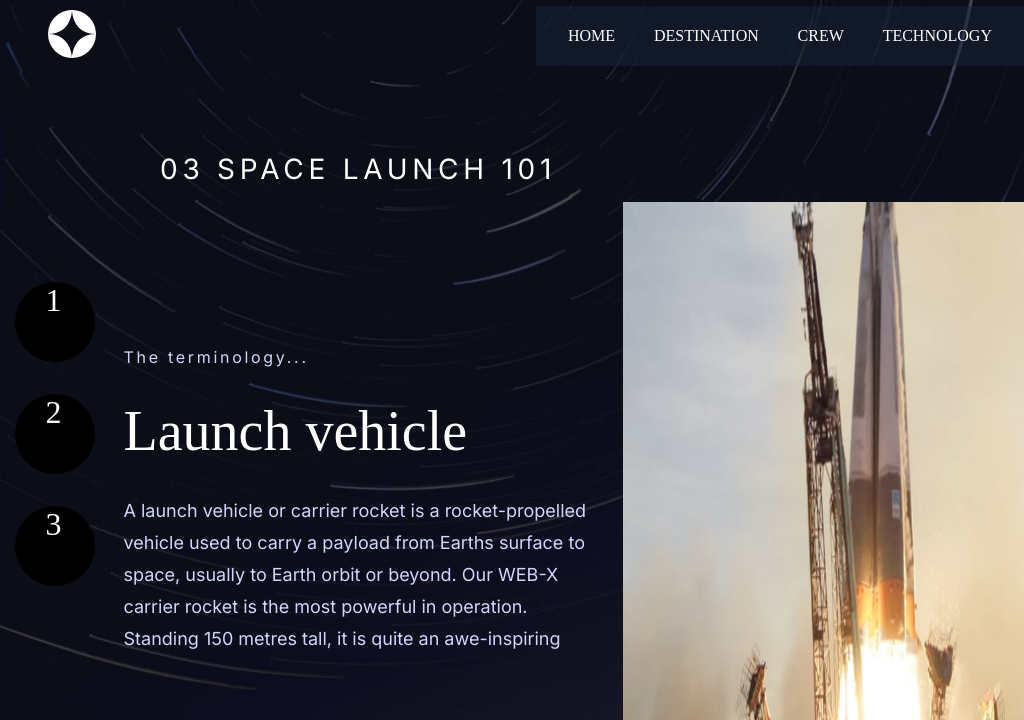
Repository: nilesjamex/space
Page: /Technology
These files come from the project's save history. The page is drawn as it stood at one moment and after the next save; the edit follows.
The browser window is 1024 px wide. The pictures show the whole page.
Some web fonts or font styles are not loaded; a fallback is used. The project was rebuilt for these pictures with package versions that can differ from the ones it lists, and the page was loaded fresh each time. The framework's server and built-in components were replaced by stand-ins that run in the browser. Also part of the build but not shown: next.config.js.

Above is the page before, as saved 2022-01-08 23:24:32.

### pages/_document.js
import Document, { Html, Head, Main, NextScript } from 'next/document'

class MyDocument extends Document {
  render() {
    return (
      <Html>
        <Head>
          <link rel="preconnect" href="https://fonts.googleapis.com" />
<link rel="preconnect" href="https://fonts.gstatic.com" crossOrigin />
<link href="https://fonts.googleapis.com/css2?family=Bellefair&display=swap" rel="stylesheet" />
        <link rel="preconnect" href="https://fonts.googleapis.com" />
<link rel="preconnect" href="https://fonts.gstatic.com" crossOrigin />
<link href="https://fonts.googleapis.com/css2?family=Barlow+Condensed:ital,wght@0,100;0,300;0,400;1,100&family=Inter&display=swap" rel="stylesheet" />
        </Head>
        <body>
          <Main />
          <NextScript />
        </body>
      </Html>
    )
  }
}

export default MyDocument

### pages/Technology.js
import React from 'react'
import Home from '../Components/Technology/Home/home';



const Technology = () => {
    return (
        <div>
            <Home />
        </div>
    )
}

export default Technology

### styles/globals.css
a {
  color: inherit;
  text-decoration: none;
}

*{
  margin: 0;
  padding: 0;
  box-sizing: border-box;
  max-width: 100%;
  max-height: 100vh;
  overflow-y: hidden;
}

li {
  list-style: none;
  cursor: pointer;
}

### Components/Technology/Home/home.js
import React from 'react';
import styles from './home.module.css'
import Nav from './../../../Layout/Nav';
import { Image } from 'next/image';
import Tech from './../Tech1/Tech';

export const Home = () => {
    return (
        <div className={styles.home}>
        <div>
         <Nav/>
        </div>
        <div>
        <div>
           <h3 className={styles.hometext}> 03 Space launch 101</h3>
        </div>
        </div>
        <div>
        <Tech />
        </div>
        </div>
    )
}
export default Home

### Components/Technology/Home/home.module.css
.home {
    background: url(../../../public/assets/technology/background-technology-desktop.jpg);
    background-size: cover;
    height: 100vh;
}
.hometext {
    font-family: 'Barlow Condensed', sans-serif;
    font-family: 'Inter', sans-serif;
    font-style: normal;
    font-weight: normal;
    font-size: 28px;
    line-height: 34px;letter-spacing: 4.725px;
    text-transform: uppercase;
    color: #FFFFFF;
    margin: 5rem 0 1rem 10rem;
}

### Layout/Nav.js
import React, {useState} from 'react';
import styles from './nav.module.css';
import Link from 'next/link';

const Nav = ({children}) => {
  const [active, setActive] = useState(false);

  const onClick = (e) => {
    setActive(!active);
  };
    return (
       <div className={styles.navBody}>
        <nav className={styles.nav}>
         <div>
            <svg width="48" height="48" viewBox="0 0 48 48" fill="none" xmlns="http://www.w3.org/2000/svg">
<circle cx="24" cy="24" r="24" fill="white"/>
<path fillRule="evenodd" clipRule="evenodd" d="M24 0C24 0 24 24 0 24C23.5776 24.1714 24 48 24 48C24 48 24 24 48 24C24 24 24 0 24 0Z" fill="#0B0D17" />
</svg>
  </div>

<ul className={`${styles.ul} ${active ? styles.activenav : ""}` } >
<li className={styles.li}><Link href="/"> HOME </Link></li>
<li className={styles.li}><Link href="/Destinations">DESTINATION </Link></li>
<li className={styles.li}><Link href="/Crew">CREW</Link></li>
<li className={styles.li}><Link href="/Technology">TECHNOLOGY</Link></li>
</ul>
<div className={`${styles.toggle} ${active ? styles.toggleanime : ""}`}
          onClick={onClick}
        >
          <div className={`${styles.toggleline} ${styles.line1}`}></div>
          <div className={`${styles.toggleline} ${styles.line2}`}></div>
          <div className={`${styles.toggleline} ${styles.line3}`}></div>
        </div>
        </nav>
      <div className={styles.mainBody}> {children} </div>
</div>
    )
}

export default Nav

### Components/Technology/Tech1/Tech.js
import React, {useState} from 'react'
import Image from 'next/image';
import styles from './Tech.module.css';
import Vehicle from '../../../public/assets//technology/image-launch-vehicle-landscape.jpg';
import Spaceport from '../../../public/assets//technology/image-spaceport-landscape.jpg';
import Capsule from '../../../public/assets//technology/image-space-capsule-landscape.jpg';
const Tech = () => {
    const [steps, setSteps] = useState(1);

    const next = (e) => {
        e.preventDefault();
        setSteps(steps + 1);
    }
    const prev = (e) => {
        e.preventDefault();
        setSteps(steps - 1);
    };

    switch (steps) {
        case 1:
            return (
        <div className={styles.techhome}>
           <div>
           <ul className={styles.numbers}>
           <li className={styles.number}>1</li>
           <li onClick={next} className={styles.number}>2</li>
           <li  onClick={(e) => {
      setSteps(steps+2)}} className={styles.number}>3</li>
           </ul>
           </div>
           <div className={styles.techtext}>
           <p className={styles.techtexthead}>The terminology...</p>
  <h2 className={styles.techtextsub}>Launch vehicle</h2>

  <p className={styles.techtextbody}>A launch vehicle or carrier rocket is a rocket-propelled vehicle used to carry a
  payload from Earths surface to space, usually to Earth orbit or beyond. Our
  WEB-X carrier rocket is the most powerful in operation. Standing 150 metres tall,
  it is quite an awe-inspiring sight on the launch pad!</p>
  </div>
  <div className={styles.imagediv}><Image src={Vehicle} height="527" width="515" alt="uu" /> </div>
        </div>
    );

    case 2: return (
        <div className={styles.techhome}>
           <div>
           <ul className={styles.numbers}>
           <li onClick={prev} className={styles.number}>1</li>
           <li className={styles.number}>2</li>
           <li onClick={next} className={styles.number}>3</li>
           </ul>
           </div>
           <div className={styles.techtext}>
           <p className={styles.techtexthead}>The terminology...</p>
  <h2 className={styles.techtextsub}>Spaceport</h2>

  <p className={styles.techtextbody}> A spaceport or cosmodrome is a site for launching (or receiving) spacecraft,
  by analogy to the seaport for ships or airport for aircraft. Based in the
  famous Cape Canaveral, our spaceport is ideally situated to take advantage
  of the Earth’s rotation for launch.</p>
  </div>
 <div className={styles.imagediv}><Image src={Spaceport} height="527" width="515" alt="uu" /> </div>
        </div>
    );

    case 3:
    return (


     <div className={styles.techhome}>
           <div>
           <ul className={styles.numbers}>
           <li  onClick={(e) => {
      setSteps(steps-2)}} className={styles.number}>1</li>
           <li onClick={prev} className={styles.number}>2</li>
           <li className={styles.number}>3</li>
           </ul>
           </div>
           <div className={styles.techtext}>
           <p className={styles.techtexthead}>The terminology...</p>
  <h2 className={styles.techtextsub}>Space capsule</h2>

  <p className={styles.techtextbody}> A space capsule is an often-crewed spacecraft that uses a blunt-body reentry
  capsule to reenter the Earths atmosphere without wings. Our capsule is where
  you will spend your time during the flight. It includes a space gym, cinema,
  and plenty of other activities to keep you entertained.</p>
  </div>
  <div className={styles.imagediv}><Image src={Capsule} height="527" width="515" alt="uu" /> </div>
        </div>
         )
    }

}

export default Tech

### Layout/nav.module.css
.nav {
    display: flex;
    justify-content: space-between;
    align-items: center;
    padding-left: 3rem;
    width: 100%;
    height: 10vh;
    }

.ul {
    display: flex;
    width: 50%;
    justify-content: space-between;
    align-items: center;
    color: #fff;
    background-color: rgba(24, 36, 59, 0.5);
    height: 60px;
    padding: 0 2rem;

}

.navBody {
    height: 100%;
}
.toggle {
    display: none;
  }

  @media screen and (max-width: 768px) {
    .toggle {
        display: block;
        cursor: pointer;
        order: 2;
        z-index: 10;
        margin-right: 1rem;
      }
      .toggleline {
        width: 30px;
        height: 3px;
        background-color: #fff;
        margin: 5px;
      }
      .ul {
        order: 3;
        width: 100%;
        height: 100%;
        display: inline-block;
        position: fixed;
        z-index: 4;
        right: 0;
        left: 0;
        bottom: 0;
        top: 0;
        display: flex;
        justify-content: center;
        align-items: center;
        flex-direction: column;
        overflow-x: hidden;
        background: rgba(242, 245, 250);
        transform: translateY(100vh);
        transition: all ease-out 0.2s;
        background-color: rgba(24, 36, 59);
      }
      .li {
        margin: 0 0 2rem;
        opacity: 0;
        transform: translateY(10vh);
      }
      .activenav {
        transform: translateX(0);
      }
      .li {
        margin: 0 0 2rem;
        opacity: 1;
        transform: translateX(0);
        transition: all ease-out 0.8s;
      }
      .toggleanime .line1 {
        transform: rotate(-45deg) translate(-5px, 6px);
      }

      .toggleanime .line2 {
        opacity: 0;
      }

      .toggleanime .line3 {
        transform: rotate(45deg) translate(-5px, -6px);
      }

      .ul.activenav {
        transform: translateX(0);
      }
      .li {
        margin: 0 0 2rem;
        opacity: 1;
        transform: translateX(0);
        transition: all ease-out 0.8s;
      }
  }

### Components/Technology/Tech1/Tech.module.css
.techhome {
    display: flex;
    justify-content: space-around;
}
.numbers {
    display: flex;
    flex-direction: column;
    margin-top: 4rem;
}
.number {
    width: 80px;
    height: 80px;
    margin: 1rem 0;
    border-radius: 70%;
    background-color: #000;
    border-left: #000;
    font-family: 'Bellefair', serif;
    font-style: normal;
    font-weight: normal;
    font-size: 32px;
    line-height: 37px;
    /* identical to box height */
    text-align: center;
    align-items: center;
    letter-spacing: 2px;
    color: #FFFFFF
}
.techtext {
    width: 470px;
    height: 303px;
    align-self: center;
    margin-top: 4rem;
}
.techtexthead {
    font-family: 'Barlow Condensed', sans-serif;
    font-family: 'Inter', sans-serif;
    font-style: normal;
    font-weight: normal;
    font-size: 16px;
    line-height: 19px;
    letter-spacing: 2.7px;
    color: #D0D6F9;
}
.techtextsub {
    font-family: 'Bellefair', serif;
    font-style: normal;
    font-weight: normal;
    font-size: 56px;
    line-height: 64px;
    color: #FFFFFF;
    margin-top: 2rem;
}
.techtextbody {
    font-family: 'Barlow Condensed', sans-serif;
    font-family: 'Inter', sans-serif;
    font-style: normal;
    font-weight: normal;
    font-size: 18px;
    line-height: 32px;
    /* or 178% */
    color: #D0D6F9;
    margin: 2rem 0;
}
.imagediv {
    margin-right: -8rem;
}

Loaded but not shown: pages/_app.js (common file)

After the next save:
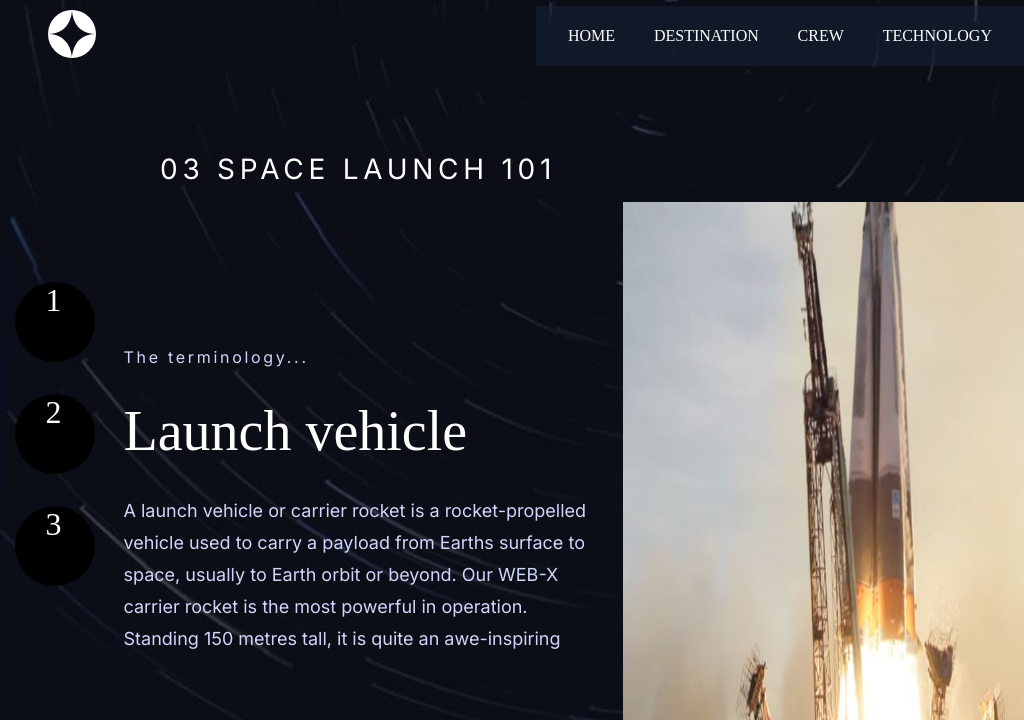
Saved 3 min 8 s later.
--- a/Components/Technology/Home/home.module.css
+++ b/Components/Technology/Home/home.module.css
@@ -1,5 +1,5 @@
 .home {
-    background: url(../../../public/assets/technology/background-technology-desktop.jpg);
+    background: url("../../../public/assets/technology/background-technology-desktop.jpg");
     background-size: cover;
     height: 100vh;
 }
@@ -14,3 +14,11 @@
     color: #FFFFFF;
     margin: 5rem 0 1rem 10rem;
 }
+
+@media screen and (max-width: 1024px) {
+    .home {
+        background: url("../../../public/assets/technology/background-technology-tablet.jpg");
+        background-size: cover;
+        height: 100vh;
+    }
+}
